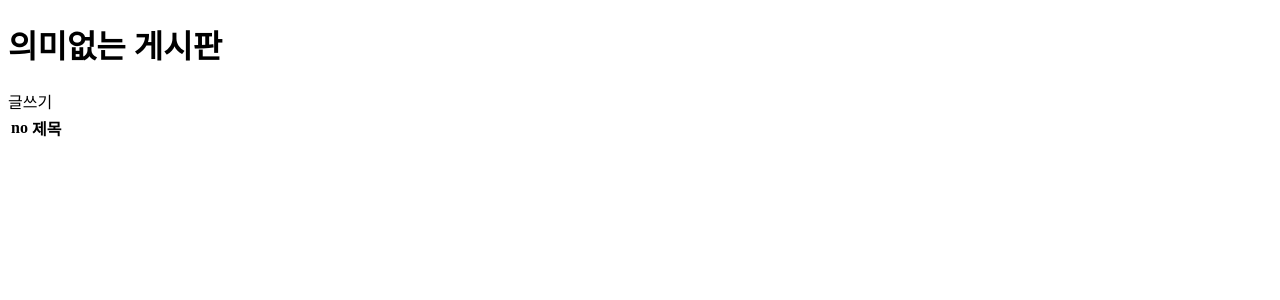
Repository: Bigdog93/WebworkspacePT
Page: http://localhost/BoardVer2/list
An editor plug-in stored every save of this project. The page is shown before and after the next save, followed by the edit.
The browser window is 1280 px wide. The pictures show the whole page.
The page is served by Tomcat 9. Other server files are loaded and not shown.

Above is the page before, as saved 2021-04-27 03:11:31.

### WebWorkSpace/BoardVer2/src/main/webapp/WEB-INF/jsp/list.jsp
<%@ page language="java" contentType="text/html; charset=UTF-8"
    pageEncoding="UTF-8"%>
<%@ page import="com.board.boardVO.*"%>
<%@ page import="java.util.* " %>
<%
	List<BoardVO> db = (List<BoardVO>)request.getAttribute("database");
%>
<!DOCTYPE html>
<html>
<head>
<meta charset="UTF-8">
<title>Insert title here</title>
</head>
<body>
	<h1>의미없는 게시판</h1>
	<div id="write"><a herf="/write"> 글쓰기</a></div>
	<div>
		<table>
			<tr>
				<th>no</th>
				<th>제목</th>
			</tr>
			<% for(int i = 0; i < db.size(); i++) { %>
			<tr>
				<td><%=db.get(i).getBoard_idx() %></td>
				<td><%=db.get(i).getTitle() %></td>
			<tr>
			<% } %>


		</table>
	</div>
</body>
</html>

### WebWorkSpace/BoardVer2/src/main/java/com/board/control/BoardListServlet.java
package com.board.control;

import java.io.IOException;
import javax.servlet.ServletException;
import javax.servlet.annotation.WebServlet;
import javax.servlet.http.HttpServlet;
import javax.servlet.http.HttpServletRequest;
import javax.servlet.http.HttpServletResponse;

import com.board.boardVO.Database;

@WebServlet("/list")
public class BoardListServlet extends HttpServlet {
	private static final long serialVersionUID = 1L;

	protected void doGet(HttpServletRequest request, HttpServletResponse response) throws ServletException, IOException {

		request.setAttribute("database", Database.getList());


		String url = "/WEB-INF/jsp/list.jsp";
		request.getRequestDispatcher(url).forward(request, response);
	}

	protected void doPost(HttpServletRequest request, HttpServletResponse response) throws ServletException, IOException {

	}

}

### WebWorkSpace/BoardVer2/src/main/java/com/board/boardVO/Database.java
package com.board.boardVO;

import java.util.ArrayList;
import java.util.List;

public class Database {
	private static List<BoardVO> list = new ArrayList<BoardVO>();

	public static List<BoardVO> getList() {
		return list;
	}
}

After the next save:
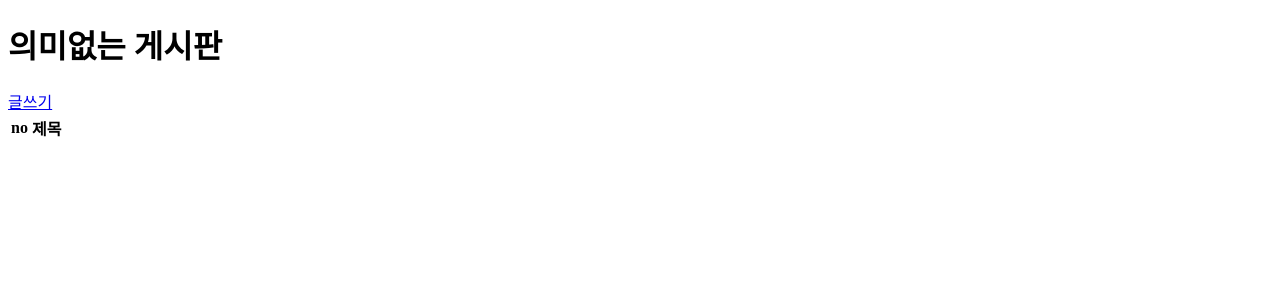
Saved 4 s later.
--- a/WebWorkSpace/BoardVer2/src/main/webapp/WEB-INF/jsp/list.jsp
+++ b/WebWorkSpace/BoardVer2/src/main/webapp/WEB-INF/jsp/list.jsp
@@ -13,7 +13,7 @@
 </head>
 <body>
 	<h1>의미없는 게시판</h1>
-	<div id="write"><a herf="/write"> 글쓰기</a></div>
+	<div id="write"><a href="/write"> 글쓰기</a></div>
 	<div>
 		<table>
 			<tr>
